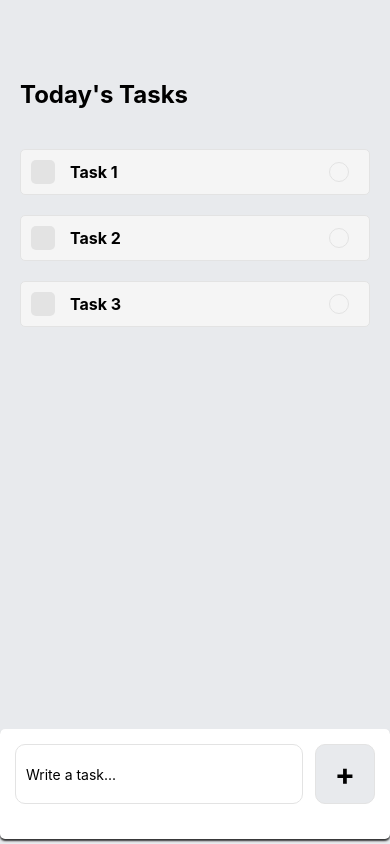
Repository: lomelo-x/ToDo-App
Screen: /
An editor plug-in stored every save of this project. The screen is shown before and after the next save, followed by the edit.
The app was drawn by React Native's web renderer in a window 390 px wide. The project was rebuilt for these pictures with package versions that can differ from the ones it lists, and the page was loaded fresh each time.

Above is the screen before, as saved 2022-06-17 21:34:10.

### App.js
import { StatusBar } from 'expo-status-bar';
import { StyleSheet, Text, View, KeyboardAvoidingView, Platform, TextInput, TouchableOpacity } from 'react-native';
import Task from './components/Task';

export default function App() {
	return (
		<View style={styles.container}>
			<View style={styles.todoContainer}>
				<Text style={styles.sectionTitle}>Today's Tasks</Text>
				<View style={styles.itemsContainer}>
					<Task text={'Task 1'} />
					<Task text={'Task 2'}/>
					<Task text={'Task 3'}/>
				</View>
			</View>
			<KeyboardAvoidingView
			behavior={Platform.OS === 'ios' ? 'padding' : "height" }
			style={styles.writeTaskContainer}>
				<TextInput style={styles.writeTaskInput} placeholder="Write a task..." />
				<TouchableOpacity>
					<View style={styles.addTaskButton}>
						<Text style={styles.addTaskButtonText}>+</Text>
					</View>
				</TouchableOpacity>
			</KeyboardAvoidingView>
		</View>
	);
}

const styles = StyleSheet.create({
	container: {
		flex: 1,
		backgroundColor: '#E8EAED',
	},
	todoContainer: {
		paddingTop: 80,
		paddingHorizontal: 20,
	},
	sectionTitle: {
		fontSize: 24,
		fontWeight: 'bold',
		marginBottom: 20,
	},
	itemsContainer: {
		marginTop: 20,
	},
	writeTaskContainer: {
		position: 'absolute',
		bottom: 5,
		width: '100%',
		flexDirection: 'row',
		alignItems: 'center',
		justifyContent: 'space-between',
		paddingHorizontal: 15,
		paddingVertical: 15,
		backgroundColor: '#fff',
		borderRadius: 5,
		shadowColor: '#000',
		shadowOffset: { width: 0, height: 2 },
		shadowOpacity: 0.8,
		shadowRadius: 2,
		elevation: 1,
		marginTop: 20,
	},
writeTaskInput: {
		borderWidth: 1,
		borderColor: '#e3e3e3',
		borderRadius: 10,
		padding: 10,
		marginBottom: 20,
		width: '80%',
		height: 60,
	},
addTaskButton: {
		backgroundColor: '#E8EAED',
		borderRadius: 10,
		borderWidth: 1,
		borderColor: '#e3e3e3',
		marginBottom: 20,
		width: 60,
		height: 60,
		alignItems: 'center',
		justifyContent: 'center',
	},
addTaskButtonText: {
		fontSize: 30,
		textAlign: 'center',
		fontWeight: 'bold',
	},
});

### components/Task.js
import React from 'react';
import { View, Text, StyleSheet, TouchableOpacity } from 'react-native';

const Task = ({ text }) => {
	return (
		<View style={styles.taskContainer}>
			<View style={styles.taskLeft}>
				<TouchableOpacity style={styles.square}></TouchableOpacity>
				<Text style={styles.taskText}>{text}</Text>
			</View>
			<View style={styles.taskRight}></View>
		</View>
	);
};

const styles = StyleSheet.create({
	taskContainer: {
		backgroundColor: '#f5f5f5',
		padding: 10,
		marginBottom: 10,
		borderRadius: 5,
		borderWidth: 1,
		borderColor: '#e3e3e3',
		flexDirection: 'row',
		alignItems: 'center',
		justifyContent: 'space-between',
		marginBottom: 20,
	},
	taskText: {
		fontSize: 16,
		fontWeight: 'bold',
	},
	taskLeft: {
		flexDirection: 'row',
		alignItems: 'center',
		flexWrap: 'wrap',
		maxWidth: '80%',
	},
	taskRight: {
		width: 20,
		height: 20,
		borderRadius: 50,
		borderColor: '#e3e3e3',
		borderWidth: 1,
		marginRight: 10,
	},
	square: {
		width: 24,
		height: 24,
		backgroundColor: '#e3e3e3',
		borderRadius: 5,
		marginRight: 15,
	},
});

export default Task;

After the next save:
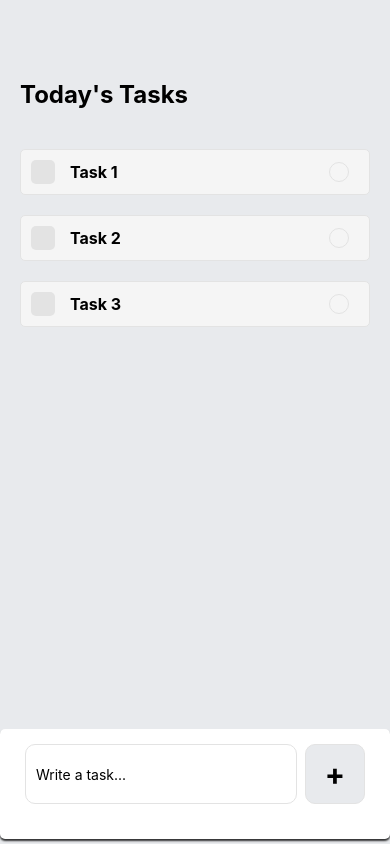
Saved 5 s later.
--- a/App.js
+++ b/App.js
@@ -51,7 +51,7 @@ const styles = StyleSheet.create({
 		flexDirection: 'row',
 		alignItems: 'center',
 		justifyContent: 'space-between',
-		paddingHorizontal: 15,
+		paddingHorizontal: 25,
 		paddingVertical: 15,
 		backgroundColor: '#fff',
 		borderRadius: 5,
